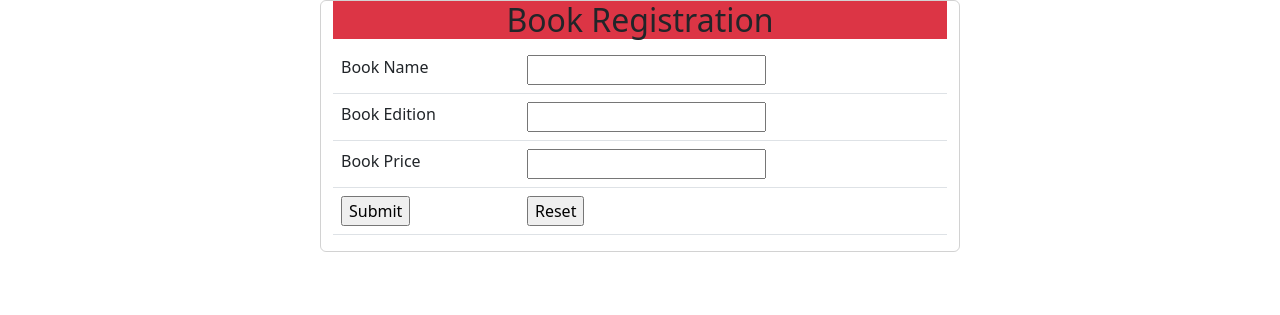
Repository: saurabh-7079/BookApp
Page: BookWebApp/WebContent/home.html
An editor plug-in stored every save of this project. The page is shown before and after the next save, followed by the edit.
The browser window is 1280 px wide. The pictures show the whole page.

Above is the page before, as saved 2023-06-05 07:51:40.

### BookWebApp/WebContent/home.html
<!DOCTYPE html>
<html>
<head>
<meta charset="ISO-8859-1">
<title>Book Application</title>
<link rel="stylesheet" href="css/bootstrap.css">
</head>
<body class="container-fluid card" style="width:40rem;">

<h2 class="bg-danger text-center">Book Registration</h2>

<form action="register" method="post">
<table class="table table-hover">
<tr>
<td> Book Name </td>
<td><input type="text" name="bookName"></td>
</tr>
<tr>
<td> Book Edition </td>
<td><input type="text" name="bookEditon"></td>
</tr>
<tr>
<td> Book Price </td>
<td><input type="text" name="bookPrice"></td>
</tr>
<tr>
<td><input type="submit" Name="register"></td>
<td><input type="reset" Name="cancel"></td>
</tr>
</table>
</form>
</body>
</html>

Loaded but not shown: BookWebApp/WebContent/css/bootstrap.css (library)

After the next save:
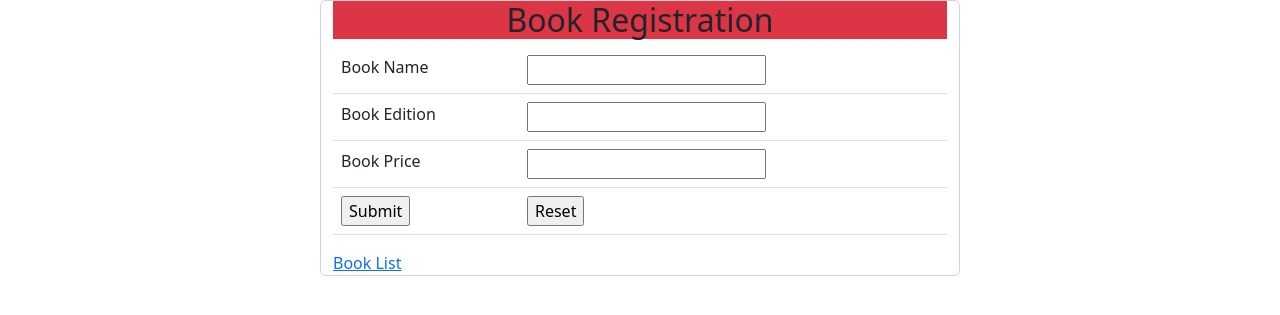
Saved 2 min 29 s later.
--- a/BookWebApp/WebContent/home.html
+++ b/BookWebApp/WebContent/home.html
@@ -28,6 +28,7 @@
 <td><input type="reset" Name="cancel"></td>
 </tr>
 </table>
+<a href="bookList"> Book List</a>
 </form>
 </body>
 </html>
